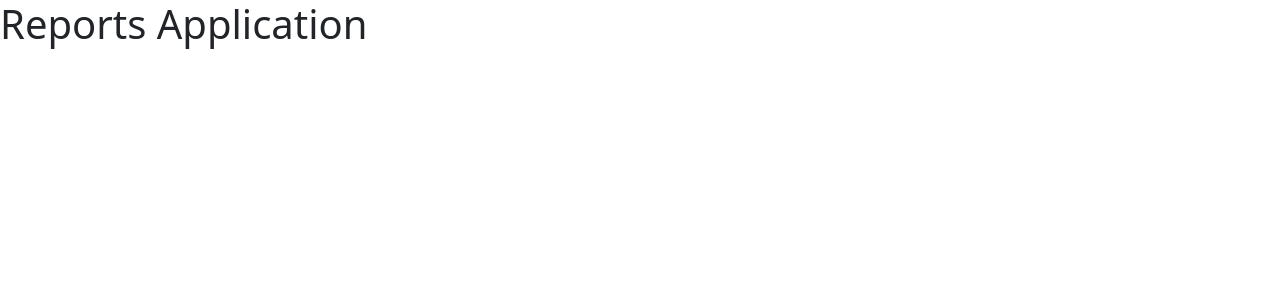
Repository: alokkumar97/01_MiniProject
Page: http://localhost/InsuranceReportGenerator2/pages/index.jsp
These files come from the project's save history. The page is drawn as it stood at one moment and after the next save; the edit follows.
The browser window is 1280 px wide. The pictures show the whole page.
The page is served by Tomcat 9.

Above is the page before, as saved 2023-04-06 09:54:07.

After the next save:
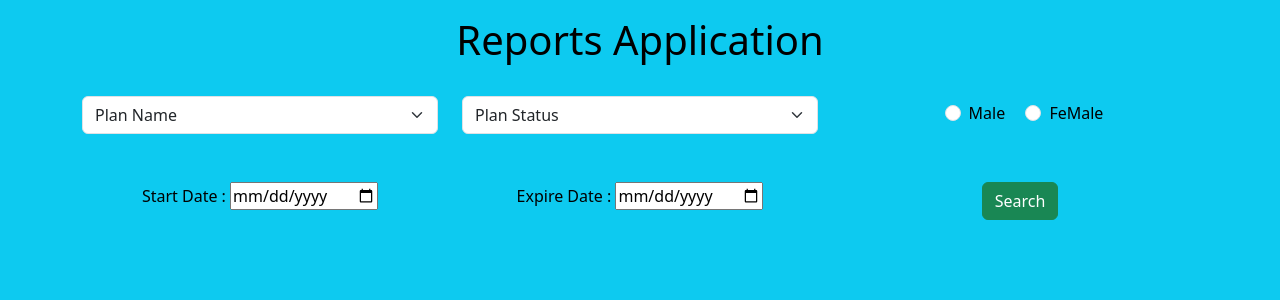
Saved 2 h 4 min later.
--- a/InsuranceReportGenerator2/src/main/webapp/pages/index.jsp
+++ b/InsuranceReportGenerator2/src/main/webapp/pages/index.jsp
@@ -8,13 +8,58 @@
     <title>Reports</title>
     <link href="https://cdn.jsdelivr.net/npm/bootstrap@5.3.0-alpha3/dist/css/bootstrap.min.css" rel="stylesheet" integrity="sha384-KK94CHFLLe+nY2dmCWGMq91rCGa5gtU4mk92HdvYe+M/SXH301p5ILy+dN9+nJOZ" crossorigin="anonymous">
   </head>
-  <body>
+  <body class="text-bg-info p-3">
 
-    <div class='Container'>
+    <div class="container text-center" >
     <h1>Reports Application</h1>
+    <br>
+    <div class="row align-items-center">
+      <div class="col">
+        <select class="form-select" >
+          <option selected>Plan Name</option>
+          <option value="1">Cash</option>
+          <option value="2">Food</option>
+          <option value="3">Medical</option>
+          <option value="4">Employeement</option>
+        </select>
+      </div>
+      <div class="col">
+        <select class="form-select" >
+          <option selected>Plan Status</option>
+          <option value="1">Approved</option>
+          <option value="2">Denied</option>
+          <option value="3">Terminate</option>
+        </select>
+      </div>
+      <div class="col">
+        <div class="form-check">
+          <div class="form-check form-check-inline">
+            <input class="form-check-input" type="radio" name="inlineRadioOptions" id="radio1" value="option1">
+            <label class="form-check-label" for="inlineRadio1">Male</label>
+          </div>
+          <div class="form-check form-check-inline">
+            <input class="form-check-input" type="radio" name="inlineRadioOptions" id="radio2" value="option2">
+            <label class="form-check-label" for="inlineRadio2">FeMale</label>
+          </div>
+        </div>
+      </div>
     </div>
-
-
+    <br>
+    <br>
+    <div class="row" >
+      <div class="col">
+        Start Date :
+      <input type="date" value="Start Date" >
+      </div>
+      <div class="col">
+        Expire Date :
+      <input type="date">
+      </div>
+      <div class="col">
+      <button type="button" class="btn btn-success">Search</button>
+      </div>
+    </div>
+    </div>
 
     <script src="https://cdn.jsdelivr.net/npm/bootstrap@5.3.0-alpha3/dist/js/bootstrap.bundle.min.js" integrity="sha384-ENjdO4Dr2bkBIFxQpeoTz1HIcje39Wm4jDKdf19U8gI4ddQ3GYNS7NTKfAdVQSZe" crossorigin="anonymous"></script>
   </body>
